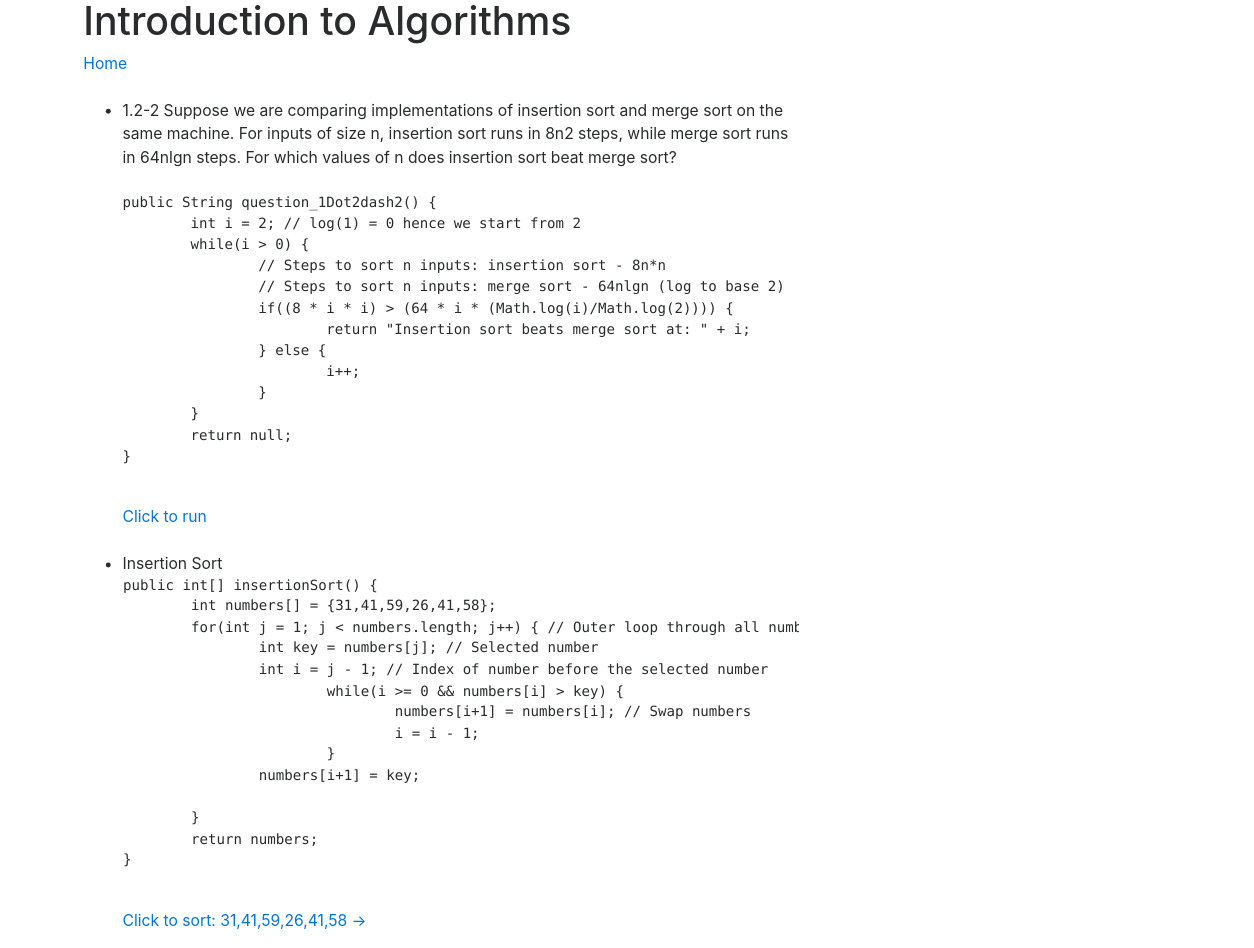
Repository: baltejas/algorithms
Page: http://localhost/algorithms/WEB-INF/views/index.jsp
The author's editor kept a copy of each file at every save. The page is drawn from the files as they stood at one save, then again after the next save.
The browser window is 1280 px wide. The pictures show the whole page, at 98% of full size.
The page is served by Tomcat 9. Nobody is signed in. The template is opened directly, without the code that normally fills it, so the values that code supplies are empty.

Above is the page before, as saved 2017-05-07 00:42:32.

After the next save:
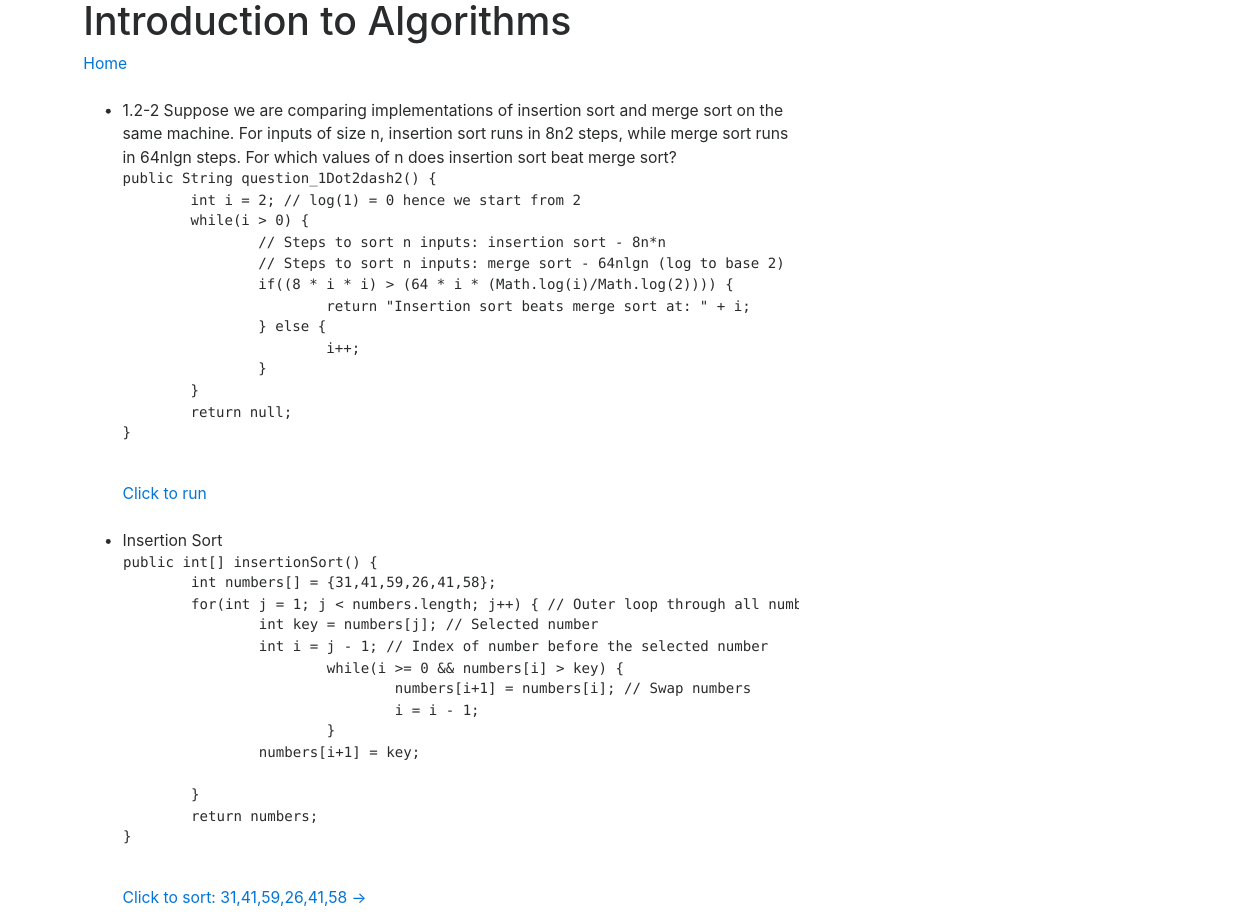
Saved 20 s later.
--- a/algorithms/src/main/webapp/WEB-INF/views/index.jsp
+++ b/algorithms/src/main/webapp/WEB-INF/views/index.jsp
@@ -11,7 +11,7 @@
 					<ul>
 						<li>1.2-2 Suppose we are comparing implementations of insertion sort and merge sort on the same machine.
 							For inputs of size n, insertion sort runs in 8n2 steps, while merge sort runs in 64nlgn steps.
-							For which values of n does insertion sort beat merge sort?<br><br>
+							For which values of n does insertion sort beat merge sort?
 								<pre>
 public String question_1Dot2dash2() {
 	int i = 2; // log(1) = 0 hence we start from 2
